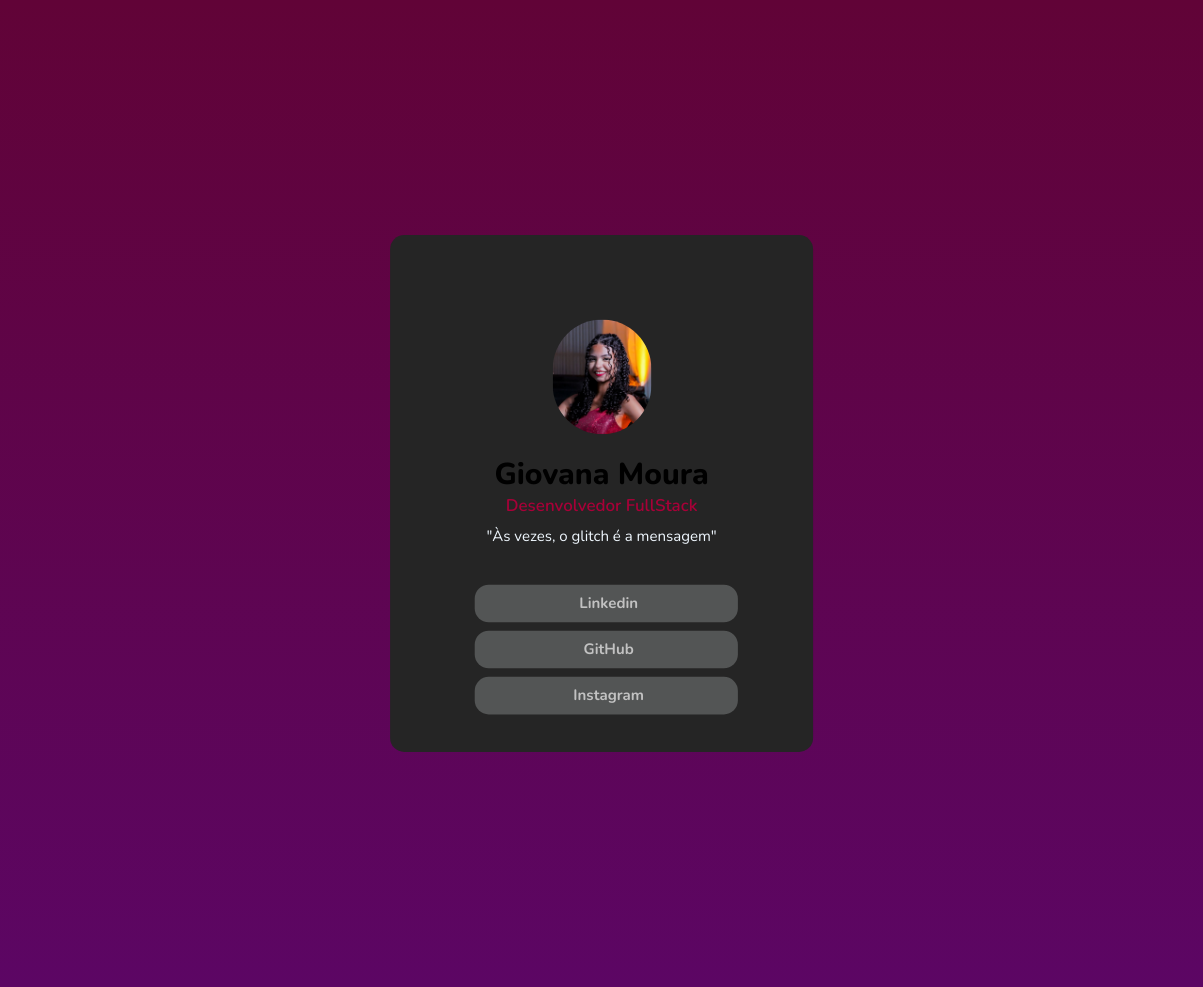
Repository: gimoli/linktree-giovana
Page: index.html
An editor plug-in stored every save of this project. The page is shown before and after the next save, followed by the edit.
The browser window is 1280 px wide. The pictures show the whole page, at 94% of full size.
Some icons come from a web library that is not loaded, so they are not drawn.

Above is the page before, as saved 2025-04-14 19:23:25.

After the next save:
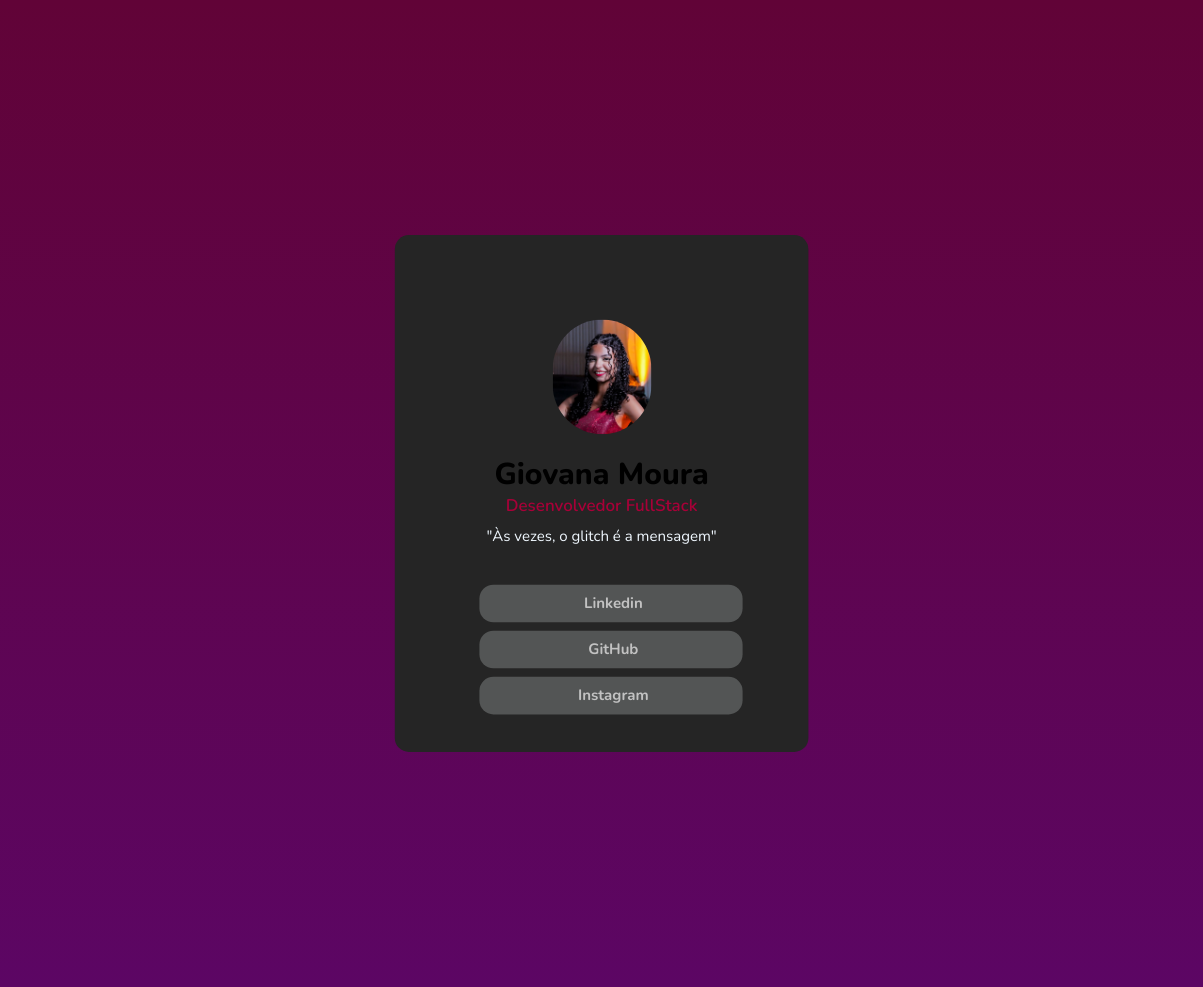
Saved 4 s later.
--- a/CSS/style.css
+++ b/CSS/style.css
@@ -16,7 +16,7 @@ body {
 
 .container-main {
     background-color: rgb(37, 37, 37);
-    width: 450px;
+    width: 440px;
     height: 550px;
     box-sizing: border-box;
     margin: 250px auto;
